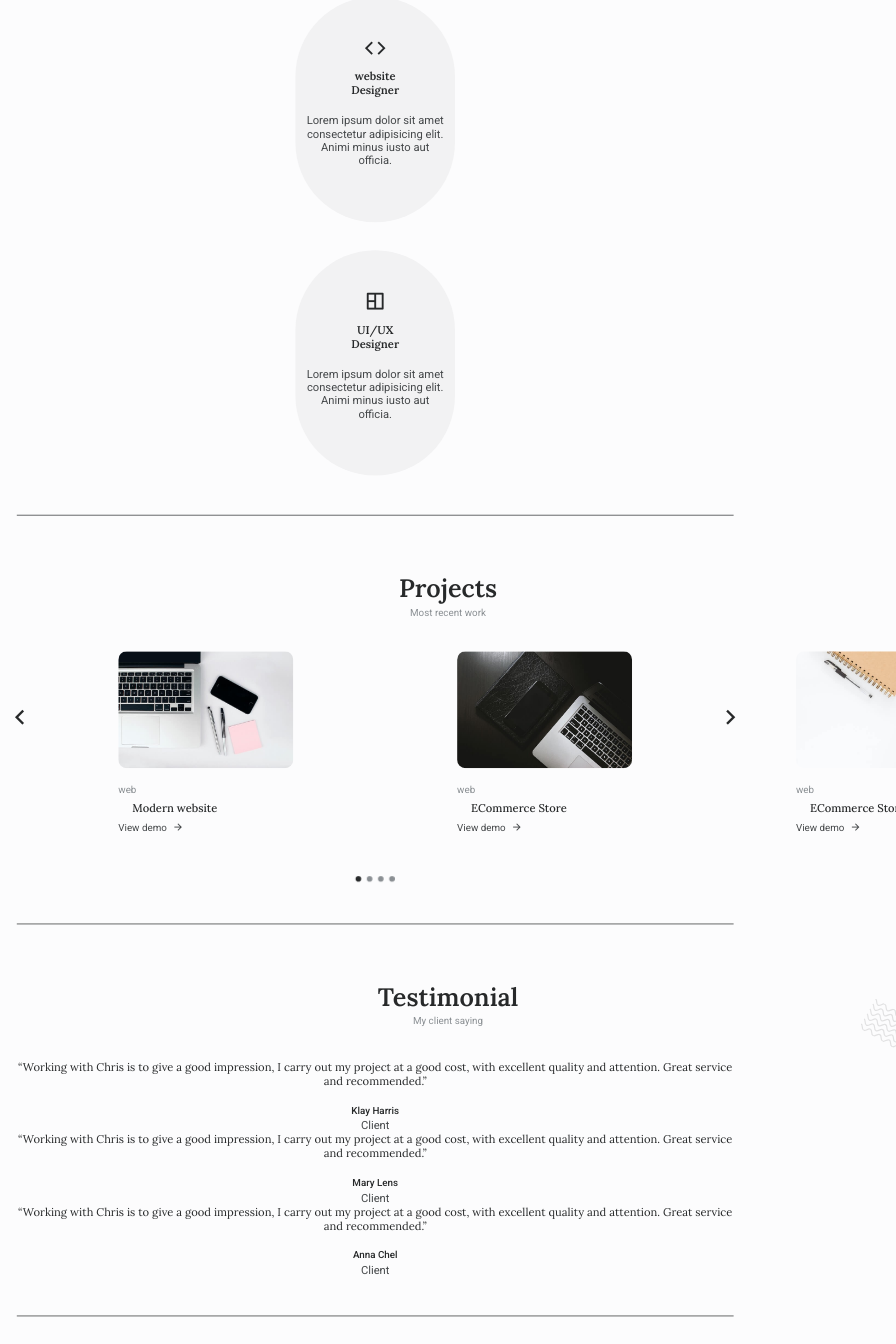
Repository: hnguyeng/myportfoliohongnguyen
Page: index.html
An editor plug-in stored every save of this project. The page is shown before and after the next save, followed by the edit.
The browser window is 1280 px wide. The pictures show the part of the page from y = 4529 to 6449 px (the page is 6449 px tall before and 6243 px after), at 70% of full size.
Some web libraries are served in a nearby version.

Above is the page before, as saved 2023-07-20 23:05:39.

After the next save:
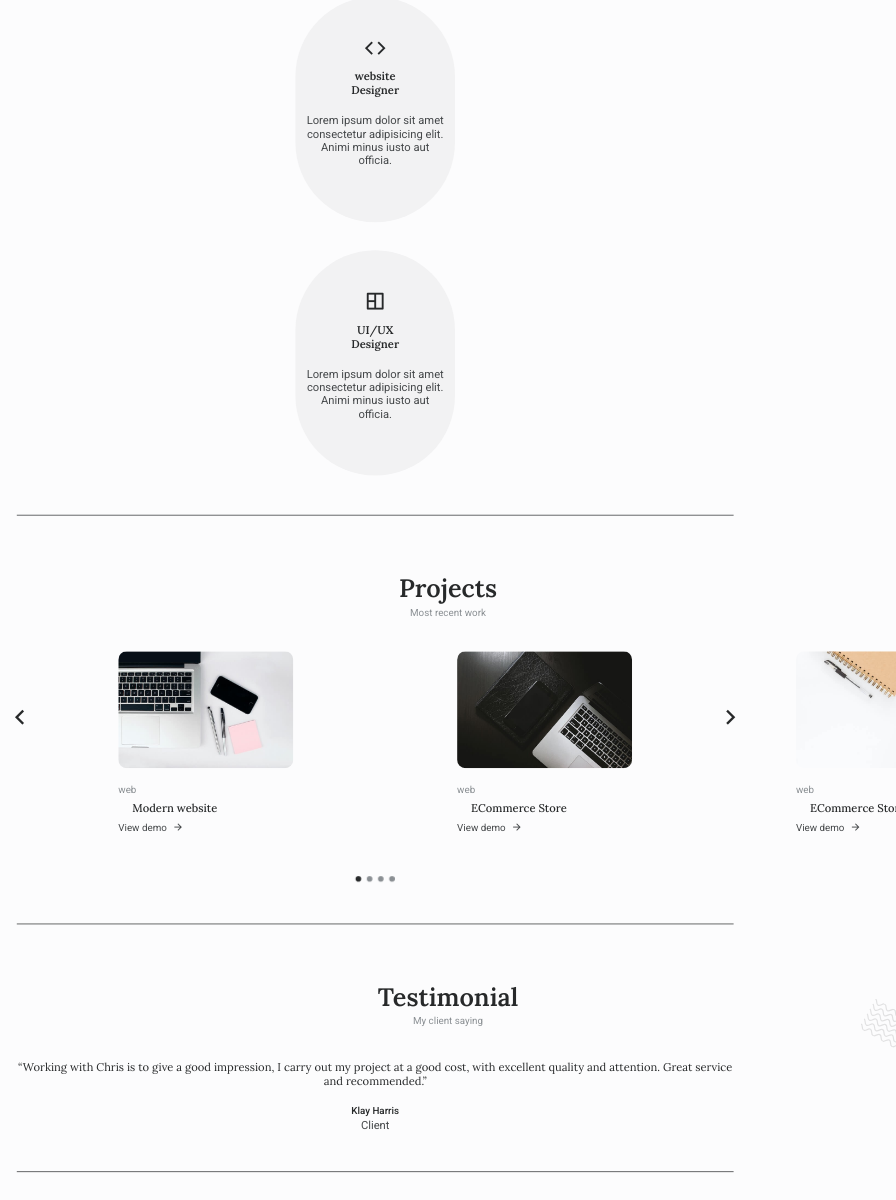
Saved 8 min 50 s later.
--- a/index.html
+++ b/index.html
@@ -438,10 +438,10 @@
             <span class="section__subtitle">My client saying</span>
 
             <div class="container section__border">
-                <div class="testimonial__container">
-                    <div>
+                <div class="testimonial__container swiper">
+                    <div class="swiper-wrapper">
                         <!-- ===============TESTIMONIAL 1 ============== -->
-                        <div class="testimonial__content">
+                        <div class="testimonial__content swiper-slide">
                             <p class="testimonial__description">
                                 “Working with Chris is to give a good
                                 impression, I carry out my project at a good
@@ -455,7 +455,7 @@
                             </div>
                         </div>
                         <!-- ===============TESTIMONIAL 2 ============== -->
-                        <div class="testimonial__content">
+                        <div class="testimonial__content swiper-slide">
                             <p class="testimonial__description">
                                 “Working with Chris is to give a good
                                 impression, I carry out my project at a good
@@ -469,7 +469,7 @@
                             </div>
                         </div>
                         <!-- ===============TESTIMONIAL 3 ============== -->
-                        <div class="testimonial__content">
+                        <div class="testimonial__content swiper-slide">
                             <p class="testimonial__description">
                                 “Working with Chris is to give a good
                                 impression, I carry out my project at a good
